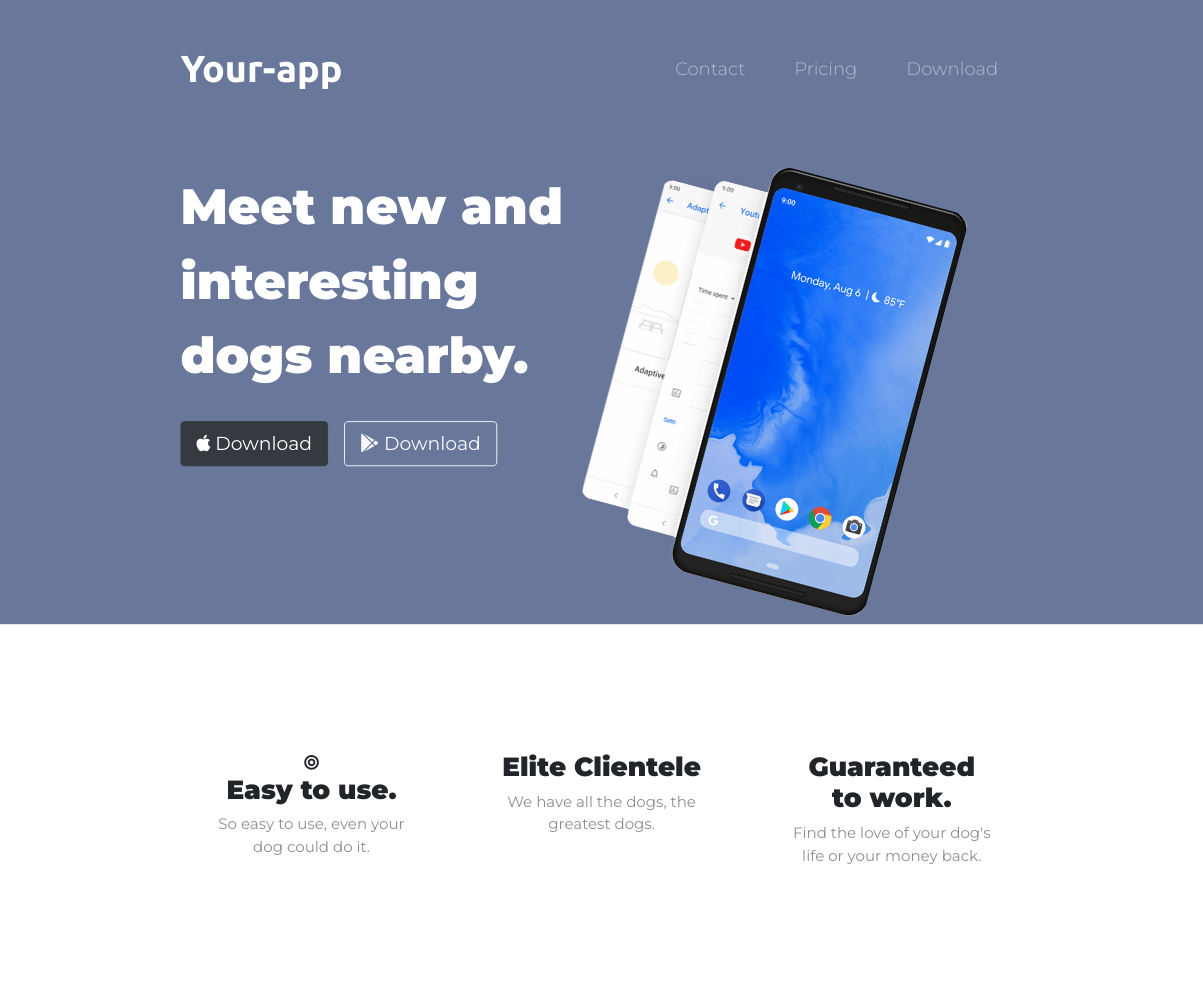
Repository: Isanderr/Simple_landing_page_2-Bootstrap4
Page: index.html
The author's editor kept a copy of each file at every save. The page is drawn from the files as they stood at one save, then again after the next save.
The browser window is 1280 px wide. The pictures show the part of the page from y = 0 to 1055 px (the page is 2538 px tall), at 94% of full size.
A picture or video elsewhere on the page could not be fetched, so the positions and the page height are approximate. Some web libraries are served in a nearby version.

Above is the page before, as saved 2019-02-02 22:55:32.

### index.html
<!DOCTYPE html>
<html>

  <head>
    <meta charset="utf-8">
    <meta name="viewport" content="width=device-width, initial-scale=1, shrink-to-fit=no">
    <title>App-landingpage</title>
    <link rel="stylesheet" href="https://stackpath.bootstrapcdn.com/bootstrap/4.2.1/css/bootstrap.min.css" integrity="sha384-GJzZqFGwb1QTTN6wy59ffF1BuGJpLSa9DkKMp0DgiMDm4iYMj70gZWKYbI706tWS"
      crossorigin="anonymous">
    <link rel="stylesheet" href="css/styles.css">
    <link rel="stylesheet" href="https://use.fontawesome.com/releases/v5.7.1/css/all.css" integrity="sha384-fnmOCqbTlWIlj8LyTjo7mOUStjsKC4pOpQbqyi7RrhN7udi9RwhKkMHpvLbHG9Sr"
      crossorigin="anonymous">
    <link href="https://fonts.googleapis.com/css?family=Montserrat:300,400,900|Ubuntu:400,700" rel="stylesheet">
  </head>

  <body>
    <section id="title">
      <div class="container-fluid">
        <!-- Nav Bar -->
        <nav class="navbar navbar-expand-lg navbar-dark ">
          <a class="navbar-brand" href="">Your-app</a>
          <button class="navbar-toggler" type="button" data-toggle="collapse" data-target="#navbarTogglerDemo02">
            <span class="navbar-toggler-icon"></span>
          </button>
          <div class="collapse navbar-collapse" id="navbarTogglerDemo02">
            <ul class="navbar-nav ml-auto">
              <li class="nav-item">
                <a class="nav-link" href="">Contact</a>
              </li>
              <li class="nav-item">
                <a class="nav-link" href="">Pricing</a>
              </li>
              <li class="nav-item">
                <a class="nav-link" href="">Download</a>
              </li>
            </ul>
          </div>
        </nav>
        <!-- Title -->
        <div class="row">
          <div class="col-lg-6">
            <h1>Meet new and interesting dogs nearby.</h1>
            <button type="button" class="btn btn-dark btn-lg download-btn"><i class="fab fa-apple"></i> Download</button>
            <button type="button" class="btn btn-outline-light btn-lg download-btn"><i class="fab fa-google-play"></i>
              Download</button>
          </div>
          <div class="col-lg-6">
            <img src="images/android-phone.png" alt="andoind-phone" class="title-img">
          </div>
        </div>
      </div>
    </section>
    <!-- Features -->
    <section id="features">
      <div class="row">
        <div class="feature-box col-lg-4">
          <i class="fas fa-bullseye"></i>
          <h3>Easy to use.</h3>
          <p>So easy to use, even your dog could do it.</p>
        </div>
        <div class="feature-box col-lg-4">
          <h3>Elite Clientele</h3>
          <p>We have all the dogs, the greatest dogs.</p>
        </div>
        <div class="feature-box col-lg-4">
          <h3>Guaranteed to work.</h3>
          <p>Find the love of your dog's life or your money back.</p>
        </div>
      </div>
    </section>
    <!-- Testimonials -->
    <section id="testimonials">
      <h2>I no longer have to sniff other dogs for love. I've found the hottest Corgi on TinDog. Woof.</h2>
      <img src="images/dog-img.jpg" alt="dog-profile">
      <em>Pebbles, New York</em>
      <!-- <h2 class="testimonial-text">My dog used to be so lonely, but with TinDog's help, they've found the love of their life. I think.</h2>
    <img class="testimonial-image" src="images/lady-img.jpg" alt="lady-profile">
    <em>Beverly, Illinois</em> -->
    </section>
    <!-- Press -->
    <section id="press">
      <img src="images/techcrunch.png" alt="tc-logo">
      <img src="images/tnw.png" alt="tnw-logo">
      <img src="images/bizinsider.png" alt="biz-insider-logo">
      <img src="images/mashable.png" alt="mashable-logo">
    </section>
    <!-- Pricing -->
    <section id="pricing">
      <h2>A Plan for Every Dog's Needs</h2>
      <p>Simple and affordable price plans for your and your dog.</p>
      <h3>Chihuahua</h3>
      <h2>Free</h2>
      <p>5 Matches Per Day</p>
      <p>10 Messages Per Day</p>
      <p>Unlimited App Usage</p>
      <button type="button">Sign Up</button>
      <h3>Labrador</h3>
      <h2>$49 / mo</h2>
      <p>Unlimited Matches</p>
      <p>Unlimited Messages</p>
      <p>Unlimited App Usage</p>
      <button type="button">Sign Up</button>
      <h3>Mastiff</h3>
      <h2>$99 / mo</h2>
      <p>Pirority Listing</p>
      <p>Unlimited Matches</p>
      <p>Unlimited Messages</p>
      <p>Unlimited App Usage</p>
      <button type="button">Sign Up</button>
    </section>
    <!-- Call to Action -->
    <section id="cta">
      <h3>Find the True Love of Your Dog's Life Today.</h3>
      <button type="button">Download</button>
      <button type="button">Download</button>
    </section>
    <!-- Footer -->
    <footer id="footer">
      <p>© Copyright 2018 TinDog</p>
    </footer>
    <script src="https://code.jquery.com/jquery-3.3.1.slim.min.js" integrity="sha384-q8i/X+965DzO0rT7abK41JStQIAqVgRVzpbzo5smXKp4YfRvH+8abtTE1Pi6jizo"
      crossorigin="anonymous"></script>
    <script src="https://cdnjs.cloudflare.com/ajax/libs/popper.js/1.14.6/umd/popper.min.js" integrity="sha384-wHAiFfRlMFy6i5SRaxvfOCifBUQy1xHdJ/yoi7FRNXMRBu5WHdZYu1hA6ZOblgut"
      crossorigin="anonymous"></script>
    <script src="https://stackpath.bootstrapcdn.com/bootstrap/4.2.1/js/bootstrap.min.js" integrity="sha384-B0UglyR+jN6CkvvICOB2joaf5I4l3gm9GU6Hc1og6Ls7i6U/mkkaduKaBhlAXv9k"
      crossorigin="anonymous"></script>
  </body>

</html>

### css/styles.css

/* fonts */
/* font-family: 'Ubuntu', sans-serif;
font-family: 'Montserrat', sans-serif; */

/* colors */
/* #d7eaea
#acdbdf
#9692af
#69779b */

body {
    font-family: 'Montserrat', sans-serif;
}

#title {
    background-color: #69779b;
    color: #ffffff;
}

.container-fluid{
    padding: 3% 15%;
}

h1 {
    font-family: 'Montserrat', sans-serif;
    font-weight: 900;
    font-size: 3.3rem;
    line-height: 1.5;
}

h3 {
    font-family: 'Montserrat', sans-serif;
    font-weight: 900;
}

p {
    color: #8f8f8f;
}

/* Nav */

.navbar {
    padding: 0 0 4.5rem;
}

.navbar-brand{
    font-family: 'Ubuntu', sans-serif;
    font-size: 2.5rem;
    font-weight: 900;
}

.nav-item {
    padding: 0 18px;
}

.nav-link {
    font-size: 1.2rem;
    font-weight: 300;
}

/* download buttons */

.download-btn {
    margin: 5% 3% 5% 0;
}

/* title img */

.title-img {
    width: 75%;
    transform: rotate(15deg);
}

/* features */

#features {
    padding: 7% 15%;
}

.feature-box {
    text-align: center;
    padding: 5%;
}

After the next save:
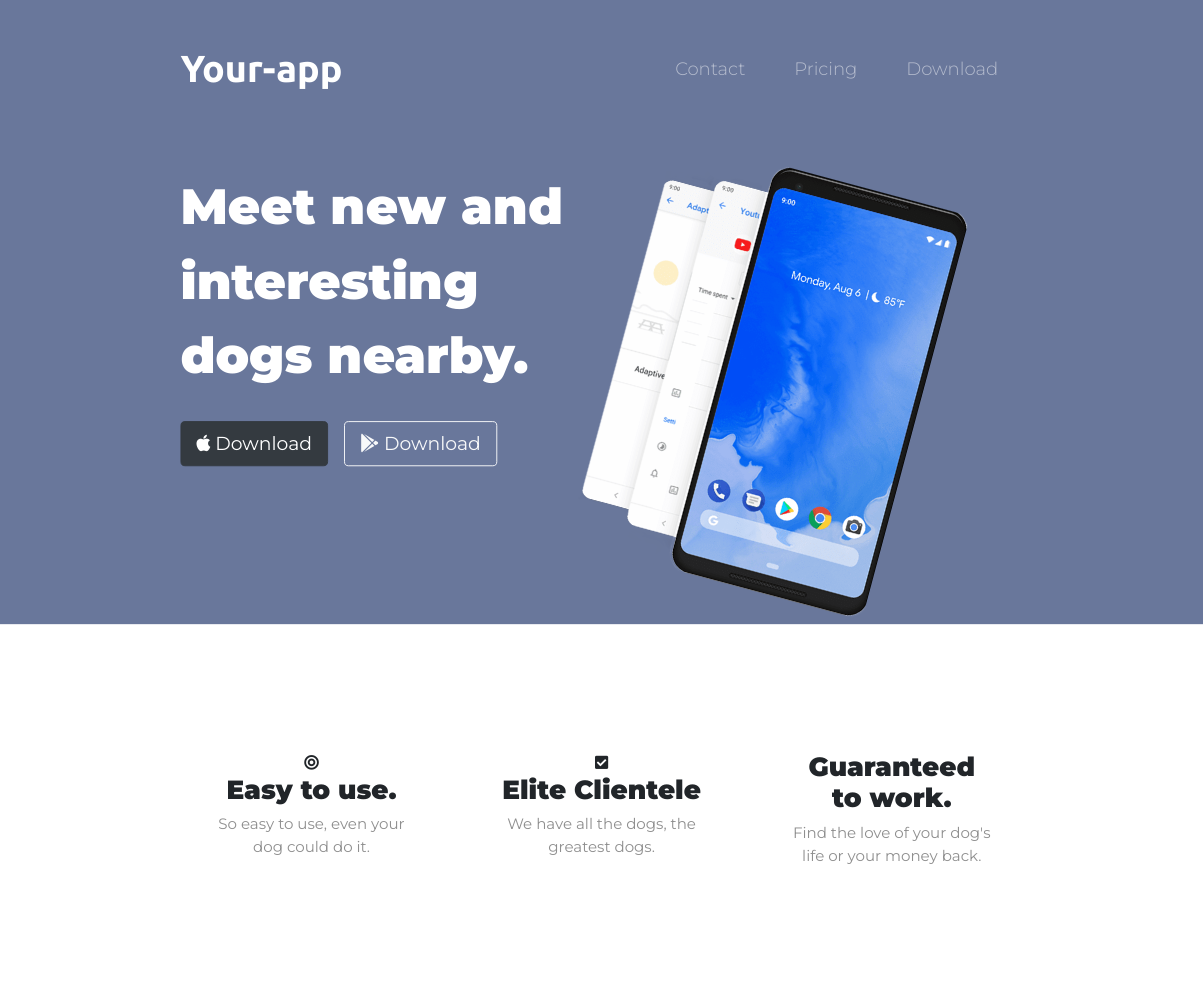
Saved 25 s later.
--- a/index.html
+++ b/index.html
@@ -59,6 +59,7 @@
           <p>So easy to use, even your dog could do it.</p>
         </div>
         <div class="feature-box col-lg-4">
+          <i class="fas fa-check-square"></i>
           <h3>Elite Clientele</h3>
           <p>We have all the dogs, the greatest dogs.</p>
         </div>
